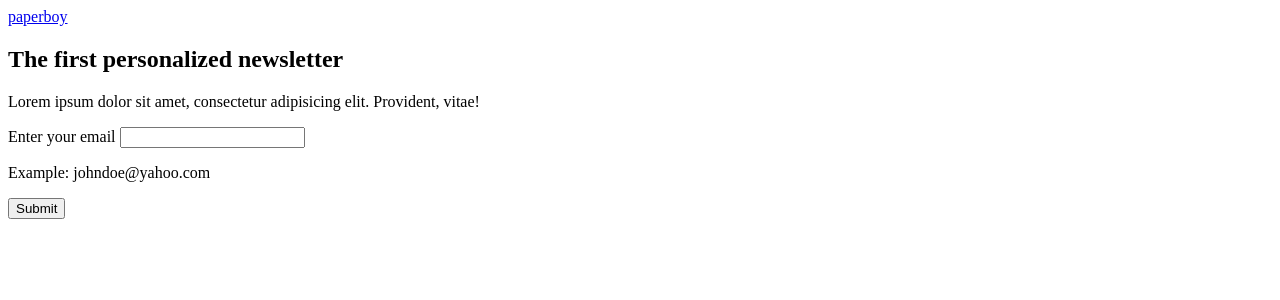
Repository: Gionnn/proiecte
Page: index.html
These files come from the project's save history. The page is drawn as it stood at one moment and after the next save; the edit follows.
The browser window is 1280 px wide. The pictures show the whole page.

Above is the page before, as saved 2022-11-28 10:51:42.

### index.html
<!DOCTYPE html>
<html lang="en">
  <head>
    <meta charset="UTF-8" />
    <meta name="viewport" content="width=device-width, initial-scale=1.0" />
    <meta http-equiv="X-UA-Compatible" content="ie=edge" />
    <link rel="stylesheet" href="css/main.css" />
    <title>Paperboy</title>
  </head>

  <body>
    <div class="hero-bg">
      <section class="top">
        <header>
          <a href="index.html">paperboy</a>
        </header>

        <h1><span>The first </span>personalized newsletter</h1>
        <p>
          Lorem ipsum dolor sit amet, consectetur adipisicing elit. Provident,
          vitae!
        </p>
        <div class="form-container">
          <form action="">
            <div class="form-left">
              <label for="email">Enter your email</label>
              <input type="text" name="email" id="email" />
              <p>Example: johndoe@yahoo.com</p>
            </div>
            <input type="button" value="Submit" />
          </form>
        </div>
      </section>
    </div>
  </body>
</html>

Loaded but not shown: css/main.css (no stored copy; drawn as an empty file)

After the next save:
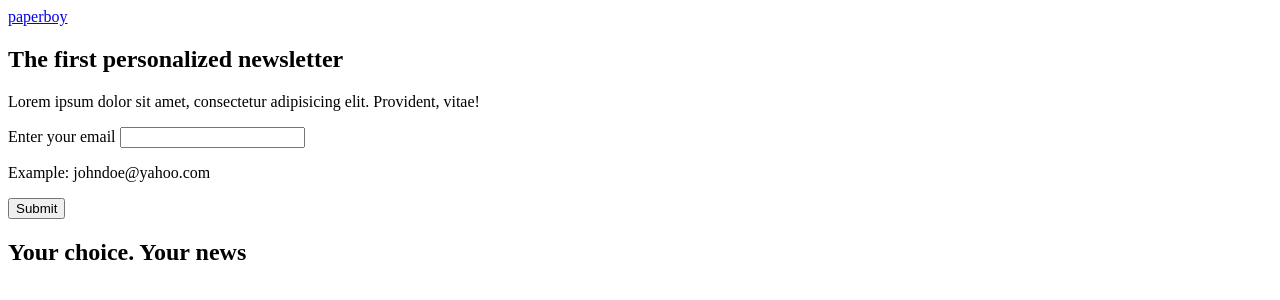
Saved 5 min 28 s later.
--- a/index.html
+++ b/index.html
@@ -32,5 +32,11 @@
         </div>
       </section>
     </div>
+
+    <section class="bottom">
+      <div class="right-col">
+        <h2>Your choice. Your news</h2>
+      </div>
+    </section>
   </body>
 </html>
